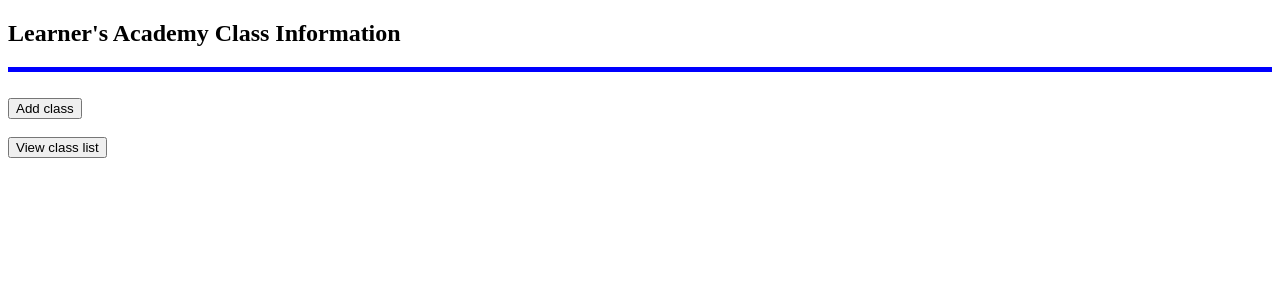
Repository: anithagnana123/Simplilearn_Phase2_project
Page: phase2-project/src/main/webapp/classsub.html
These files come from the project's save history. The page is drawn as it stood at one moment and after the next save; the edit follows.
The browser window is 1280 px wide. The pictures show the whole page.

Above is the page before, as saved 2022-10-20 09:27:34.

### phase2-project/src/main/webapp/classsub.html
<!DOCTYPE html>
<html>
<head>
<meta charset="ISO-8859-1">
<title>learners-academy-class-info</title>
</head>
<body>
<h2>Learner's Academy Class Information</h2>
<hr color="blue" size ="5"/>

<form method="get" action="/phase2-project/addclass">
    <br> <input type='submit' value='Add class'/>
</form>

<form method="get" action="/phase2-project/viewclass.jsp">
    <br> <input type='submit' value='View class list'/>
    <br> <input type='hidden' name='operation' value='viewclass'/>
</form>

</body>
</html>

After the next save:
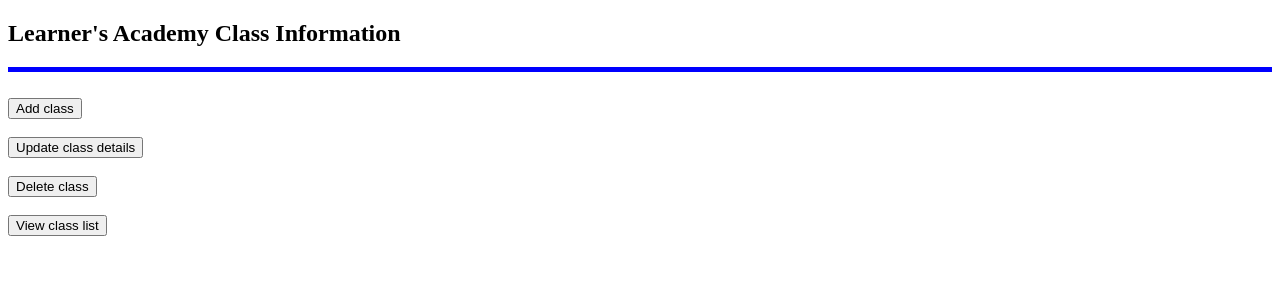
Saved 15 min 17 s later.
--- a/phase2-project/src/main/webapp/classsub.html
+++ b/phase2-project/src/main/webapp/classsub.html
@@ -12,6 +12,14 @@
     <br> <input type='submit' value='Add class'/>
 </form>
 
+<form method="get" action="/phase2-project/updateclass">
+    <br> <input type='submit' value='Update class details'/>
+</form>
+
+<form method="get" action="/phase2-project/deleteclass">
+    <br> <input type='submit' value='Delete class'/>
+</form>
+
 <form method="get" action="/phase2-project/viewclass.jsp">
     <br> <input type='submit' value='View class list'/>
     <br> <input type='hidden' name='operation' value='viewclass'/>
